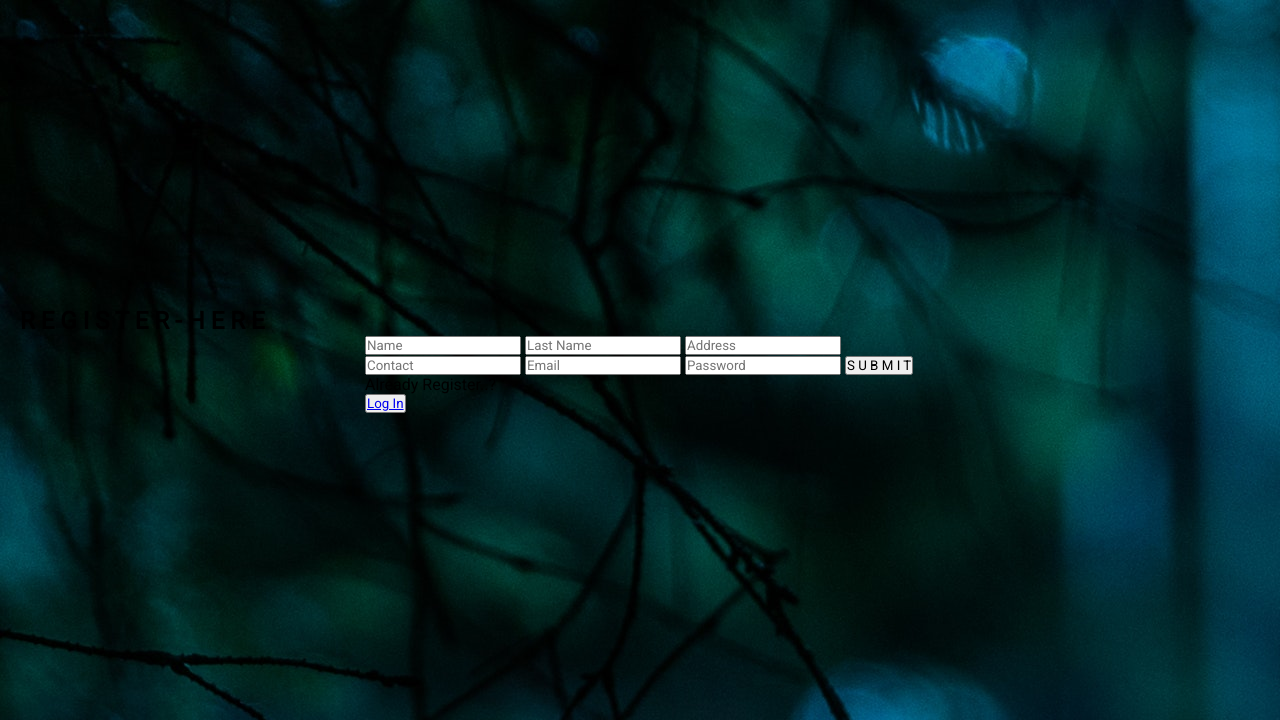
Repository: Krushna26nk/WebApplication
Page: http://localhost/Application/
An editor plug-in stored every save of this project. The page is shown before and after the next save, followed by the edit.
The browser window is 1280 px wide. The pictures show the whole page.
The page is served by Tomcat 9.

Above is the page before, as saved 2019-05-31 13:14:34.

After the next save:
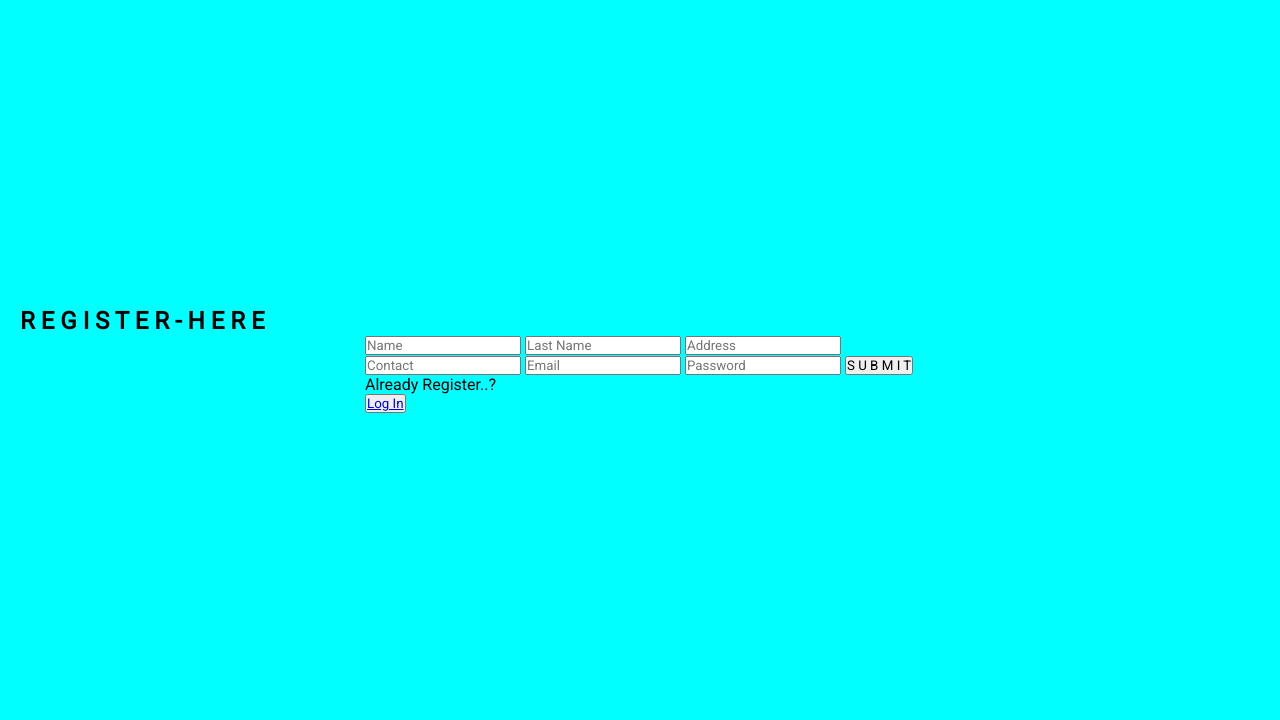
Saved 17 s later.
--- a/web/Application/WebContent/Style.css
+++ b/web/Application/WebContent/Style.css
@@ -8,7 +8,7 @@
 	font-family: 'Roboto', sans-serif;
 }
 body{
-	background-image: url("blur.jpg");
+	background-color:aqua;
 }
 
 .regDiv{
